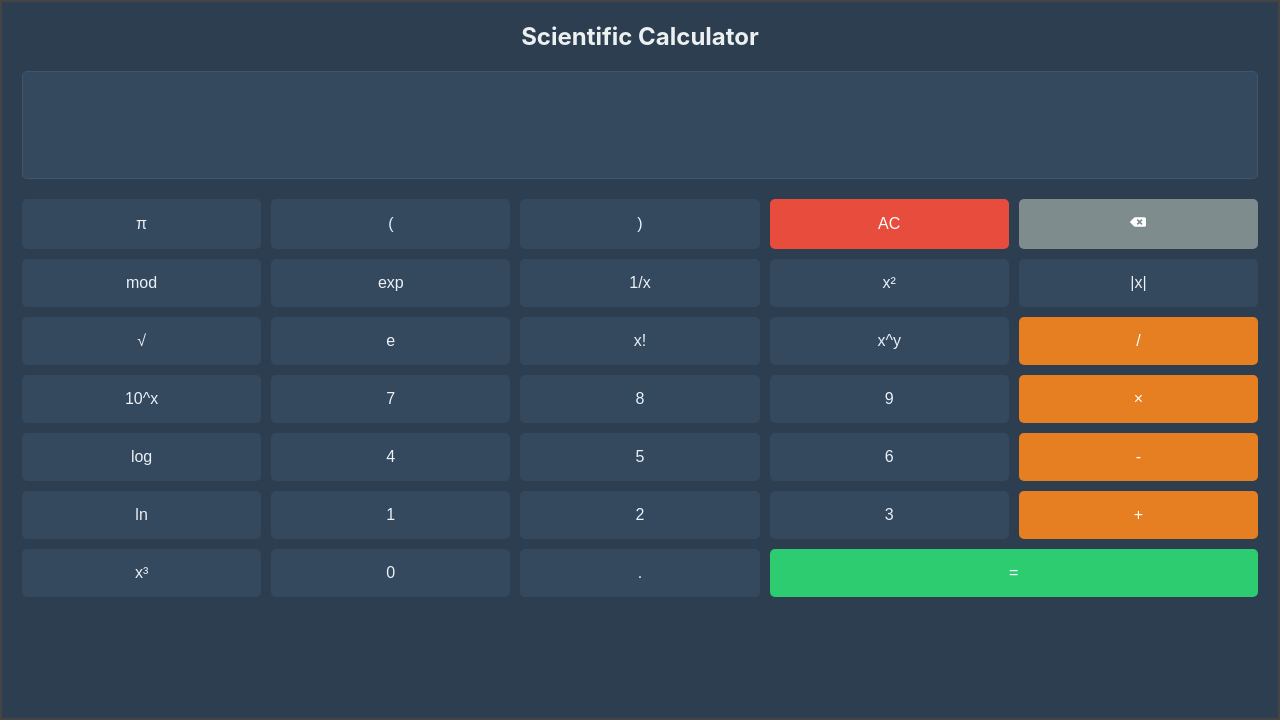
Repository: thesaherriaz/Calculator-React
Page: /
An editor plug-in stored every save of this project. The page is shown before and after the next save, followed by the edit.
The browser window is 1280 px wide. The pictures show the whole page.
The project was rebuilt for these pictures with package versions that can differ from the ones it lists, and the page was loaded fresh each time.

Above is the page before, as saved 2025-06-20 12:55:35.

### public/index.html
<!DOCTYPE html>
<html lang="en">
  <head>
    <meta charset="utf-8" />
    <link rel="icon" href="%PUBLIC_URL%/favicon.ico" />
    <meta name="viewport" content="width=device-width, initial-scale=1" />
    <meta name="theme-color" content="#000000" />
    <meta
      name="description"
      content="Web site created using create-react-app"
    />
    <link rel="apple-touch-icon" href="%PUBLIC_URL%/logo192.png" />
    <link rel="stylesheet" href="https://cdnjs.cloudflare.com/ajax/libs/font-awesome/6.0.0/css/all.min.css">
    <!--
      manifest.json provides metadata used when your web app is installed on a
      user's mobile device or desktop. See https://developers.google.com/web/fundamentals/web-app-manifest/
    -->
    <link rel="manifest" href="%PUBLIC_URL%/manifest.json" />
    <!--
      Notice the use of %PUBLIC_URL% in the tags above.
      It will be replaced with the URL of the `public` folder during the build.
      Only files inside the `public` folder can be referenced from the HTML.

      Unlike "/favicon.ico" or "favicon.ico", "%PUBLIC_URL%/favicon.ico" will
      work correctly both with client-side routing and a non-root public URL.
      Learn how to configure a non-root public URL by running `npm run build`.
    -->
    <title>React App</title>
  </head>
  <body>
    <noscript>You need to enable JavaScript to run this app.</noscript>
    <div id="root"></div>
    <!--
      This HTML file is a template.
      If you open it directly in the browser, you will see an empty page.

      You can add webfonts, meta tags, or analytics to this file.
      The build step will place the bundled scripts into the <body> tag.

      To begin the development, run `npm start` or `yarn start`.
      To create a production bundle, use `npm run build` or `yarn build`.
    -->
  </body>
</html>

### src/App.js
import React from 'react'
import Calculator from './compnents/Calculator'

function App() {
  return (
    <Calculator />
  )
}

export default App

### src/compnents/Calculator.jsx
import React, { useState } from 'react';
import './Calculator.css';
import { FaBackspace } from "react-icons/fa";

function Calculator() {
    const [input, setInput] = useState('');
    const [result, setResult] = useState('');

    const handleClick = (value) => {
        if (value === 'AC') {
            setInput('');
            setResult('');
        } else if (value === 'DEL') {
            setInput(prev => prev.slice(0, -1));
        } else if (value === '=') {
            calculateResult();
        } else if (value === '√') {
            setInput(prev => `Math.sqrt(${prev})`);
        } else if (value === 'x²') {
            setInput(prev => `Math.pow(${prev},2)`);
        } else if (value === 'x³') {
            setInput(prev => `Math.pow(${prev},3)`);
        } else if (value === 'x^y') {
            setInput(prev => `${prev}^`);
        } else if (value === '1/x') {
            setInput(prev => `1/(${prev})`);
        } else if (value === 'log') {
            setInput(prev => `Math.log10(${prev})`);
        } else if (value === 'ln') {
            setInput(prev => `Math.log(${prev})`);
        } else if (value === 'π') {
            setInput(prev => prev + 'Math.PI');
        } else if (value === 'e') {
            setInput(prev => prev + 'Math.E');
        } else if (value === '10^x') {
            setInput(prev => `Math.pow(10,${prev})`);
        } else if (value === 'x!') {
            setInput(prev => `factorial(${prev})`);
        } else {
            setInput(prev => prev + value);
        }
    };

    const factorial = (n) => {
        if (n < 0) return NaN;
        if (n <= 1) return 1;
        return n * factorial(n - 1);
    };

    const calculateResult = () => {
        try {
            // Replace ^ with ** for exponentiation
            let expression = input.replace(/\^/g, '**');
            // Evaluate the expression
            setResult(eval(expression).toString());
        } catch (error) {
            setResult('Error');
        }
    };

    return (
        <div className="calculator">
            <h1>Scientific Calculator</h1>
            <div className="display">
                <div className="input">{input}</div>
                <div className="result">{result}</div>
            </div>
            <div className="buttons">
                <button onClick={() => handleClick('π')}>π</button>
                <button onClick={() => handleClick('(')}>(</button>
                <button onClick={() => handleClick(')')}>)</button>
                <button onClick={() => handleClick('AC')} className="clear">AC</button>
                <button onClick={() => handleClick('DEL')} className="delete"><FaBackspace /></button>

                <button onClick={() => handleClick('mod')}>mod</button>
                <button onClick={() => handleClick('exp')}>exp</button>
                <button onClick={() => handleClick('1/x')}>1/x</button>
                <button onClick={() => handleClick('x²')}>x²</button>
                <button onClick={() => handleClick('Math.abs()')}>|x|</button>

                <button onClick={() => handleClick('√')}>√</button>
                <button onClick={() => handleClick('e')}>e</button>
                <button onClick={() => handleClick('x!')}>x!</button>
                <button onClick={() => handleClick('x^y')}>x^y</button>
                <button className="operator" onClick={() => handleClick('/')}>/</button>

                <button onClick={() => handleClick('10^x')}>10^x</button>
                <button onClick={() => handleClick('7')}>7</button>
                <button onClick={() => handleClick('8')}>8</button>
                <button onClick={() => handleClick('9')}>9</button>
                <button className="operator" onClick={() => handleClick('*')}>×</button>

                <button onClick={() => handleClick('log')}>log</button>
                <button onClick={() => handleClick('4')}>4</button>
                <button onClick={() => handleClick('5')}>5</button>
                <button onClick={() => handleClick('6')}>6</button>
                <button className="operator" onClick={() => handleClick('-')}>-</button>

                <button onClick={() => handleClick('ln')}>ln</button>

                <button onClick={() => handleClick('1')}>1</button>
                <button onClick={() => handleClick('2')}>2</button>
                <button onClick={() => handleClick('3')}>3</button>
                <button className="operator" onClick={() => handleClick('+')}>+</button>

                <button onClick={() => handleClick('x³')}>x³</button>
                <button onClick={() => handleClick('0')}>0</button>
                <button onClick={() => handleClick('.')}>.</button>
                <button className="equals" onClick={() => handleClick('=')}>=</button>
            </div>
        </div>
    );
}

export default Calculator;

### src/compnents/Calculator.css
*{
    box-sizing: border-box;
    margin: 0;
    padding: 0;
}
.calculator {
    width: 100%;
    height: 100vh;
    /* margin: 30px auto 0px auto; */
    border: 2px solid #444;
    /* border-radius: 10px; */
    padding: 20px;
    background-color: #2c3e50;
    box-shadow: 0 5px 15px rgba(0, 0, 0, 0.4);
    color: white;
}

.calculator h1 {
    text-align: center;
    color: #ecf0f1;
    margin-bottom: 20px;
    font-size: 1.5em;
}

.display {
    background-color: #34495e;
    border: 1px solid #3d566e;
    border-radius: 5px;
    padding: 15px;
    margin-bottom: 20px;
    text-align: right;
    min-height: 70px;
}

.input {
    font-size: 1.2em;
    color: #bdc3c7;
    min-height: 1.2em;
    margin-bottom: 10px;
    word-wrap: break-word;
}

.result {
    font-size: 1.8em;
    font-weight: bold;
    color: #ecf0f1;
    min-height: 1.5em;
    word-wrap: break-word;
}

.buttons {
    display: grid;
    grid-template-columns: repeat(5, 1fr);
    grid-gap: 10px;
}

button {
    padding: 15px;
    font-size: 1em;
    border: none;
    border-radius: 5px;
    background-color: #34495e;
    color: #ecf0f7;
    cursor: pointer;
    transition: all 0.2s;
}

button:hover {
    background-color: #3d566e;
}

button:active {
    transform: scale(0.95);
}

.operator {
    background-color: #e67e22;
    color: white;
}

.operator:hover {
    background-color: #d35400;
}

.clear {
    background-color: #e74c3c;
    color: white;
}

.clear:hover {
    background-color: #c0392b;
}

.delete {
    background-color: #7f8c8d;
    color: white;
}

.delete:hover {
    background-color: #95a5a6;
}

.equals {
    background-color: #2ecc71;
    color: white;
    grid-column: span 2;
}

.equals:hover {
    background-color: #27ae60;
}

/* Scientific buttons
button:nth-child(1),
button:nth-child(2),
button:nth-child(3),
button:nth-child(4),
button:nth-child(5),
button:nth-child(6),
button:nth-child(11),
button:nth-child(12),
button:nth-child(13),
button:nth-child(14),
button:nth-child(19),
button:nth-child(20),
button:nth-child(21) {
    background-color: #3498db;
}

button:nth-child(1):hover,
button:nth-child(2):hover,
button:nth-child(3):hover,
button:nth-child(4):hover,
button:nth-child(5):hover,
button:nth-child(6):hover,
button:nth-child(11):hover,
button:nth-child(12):hover,
button:nth-child(13):hover,
button:nth-child(14):hover,
button:nth-child(19):hover,
button:nth-child(20):hover,
button:nth-child(21):hover {
    background-color: #2980b9;
} */

Loaded but not shown: src/index.js (common file); src/index.css (common file); src/reportWebVitals.js (common file)

After the next save:
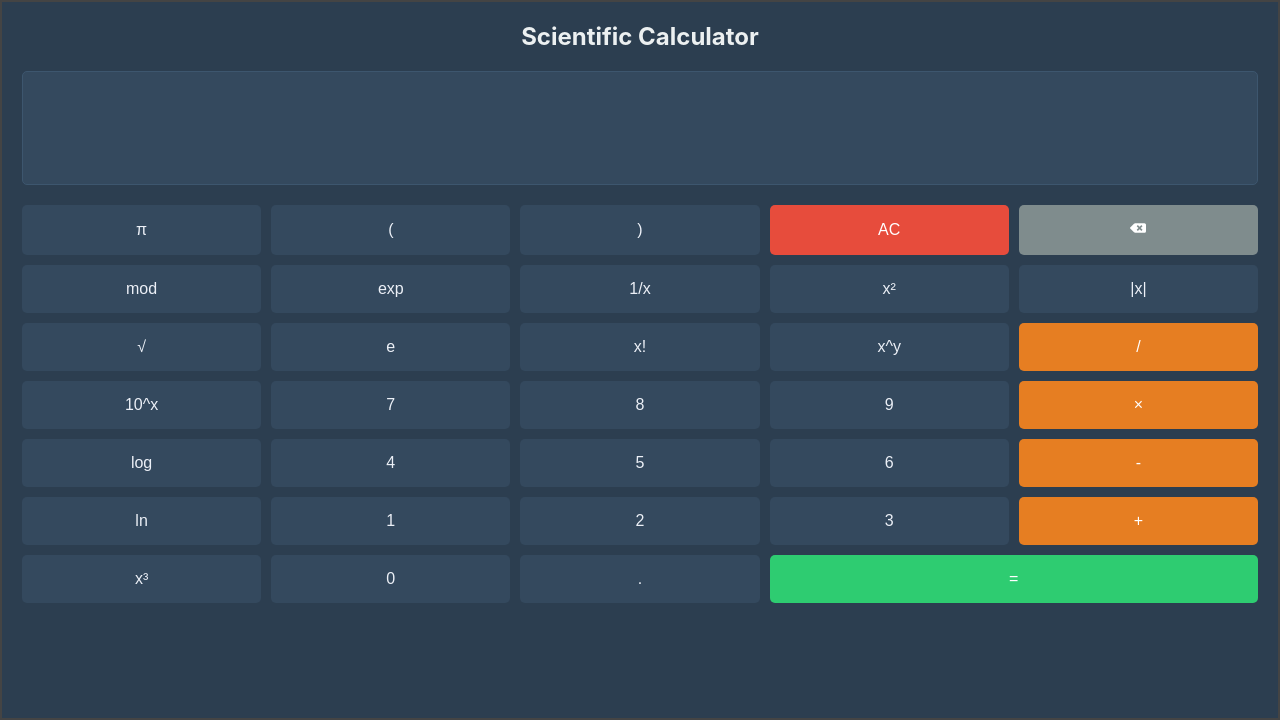
Saved 10 s later.
--- a/src/compnents/Calculator.css
+++ b/src/compnents/Calculator.css
@@ -35,7 +35,7 @@
 .input {
     font-size: 1.2em;
     color: #bdc3c7;
-    min-height: 1.2em;
+    min-height: 1.5em;
     margin-bottom: 10px;
     word-wrap: break-word;
 }
